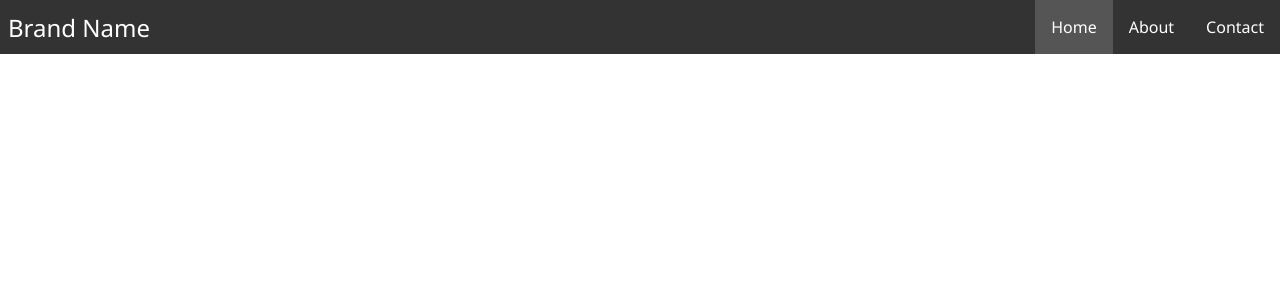
Repository: Jrap-bit/PeriodofSharing
Page: index.html
An editor plug-in stored every save of this project. The page is shown before and after the next save, followed by the edit.
The browser window is 1280 px wide. The pictures show the whole page.
The pointer rests on the first visible `.navbar-links li`.

Above is the page before, as saved 2022-01-11 09:25:11.

### index.html
<!DOCTYPE html>
<html lang="en">
<head>
    <meta charset="UTF-8">
    <meta http-equiv="X-UA-Compatible" content="IE=edge">
    <meta name="viewport" content="width=device-width, initial-scale=1.0">
    <link rel='stylesheet' href = 'style.css'>
    <title>Women</title>
</head>
<body>
    <nav class="navbar">
        <div class="brand-title">
            Brand Name
        </div>
        <a href="#" class="toggle-button">
            <span class="bar"></span>
            <span class="bar"></span>
            <span class="bar"></span>
        </a>
        <div class="navbar-links">
            <ul>
                <li><a href="#Home">Home</a></li>
                <li><a href="#About">About</a></li>
                <li><a href="#Contact">Contact</a></li>
            </ul>
        </div>
    </nav>
</body>
</html>

### style.css
* {
    box-sizing: border-box;
    font-family: 'Segoe UI', Tahoma, Geneva, Verdana, sans-serif;
}

body {
    margin: 0;
    padding: 0;
}

html{
    scroll-behavior: smooth;
}

.navbar{
    display: flex;
    justify-content: space-between;
    align-items: center;
    background-color: #333;
    color: white;

}

.brand-title{
    font-size: 1.5rem;
    margin: .5rem;

}

.navbar-links ul{
    margin: 0;
    padding: 0;
    display: flex;
}

.navbar-links li {
    list-style: none;

}

.navbar-links li a{
    text-decoration: none;
    color: white;
    padding: 1rem;
    display: block;
}

.navbar-links li:hover{
    background-color: #555;
}

.toggle-button {
    position: absolute;
    top: .75rem;
    right: 1rem;
    display: none;
    flex-direction: column;
    justify-content: space-between;
    width: 30px;
    height: 21px;
}

.toggle-button .bar{
    height: 3px;
    width: 100%;
    background-color: white;
    border-radius: 10px;
}

@media (max-width: 800px) {
    .toggle-button{
        display: flex;
    }
    .navbar-links{
        display: none;
        width: 100%;
    }

    .navbar{
        flex-direction: column;
        align-items: flex-start;
    }

    .navbar-links ul {
        flex-direction: column;
        width: 100%;

    }

    .navbar-links li{
        text-align: center;
    }

    .navbar-links li a{
        padding: 0.5rem 1rem;
    }

    .navbar-links.active{
        display: flex;
    }

    .toggle-button:hover{
        background-color: #666;
    }
}

After the next save:
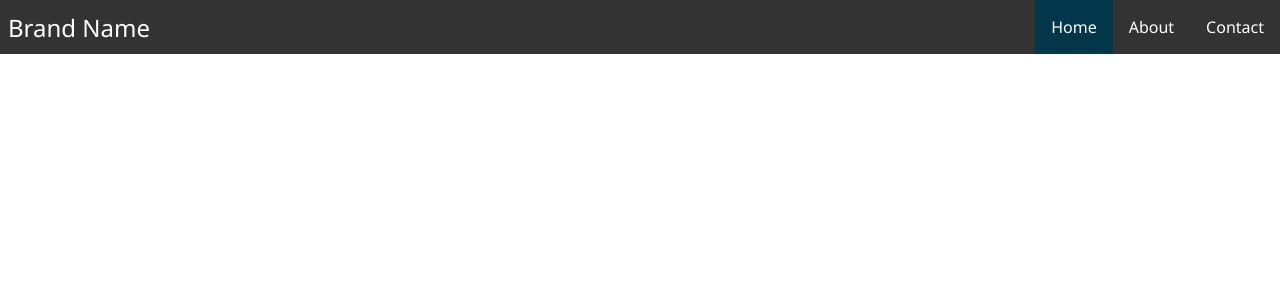
Saved 3 min 37 s later.
--- a/style.css
+++ b/style.css
@@ -46,7 +46,7 @@ html{
 }
 
 .navbar-links li:hover{
-    background-color: #555;
+    background-color: rgb(1, 54, 75);
 }
 
 .toggle-button {
